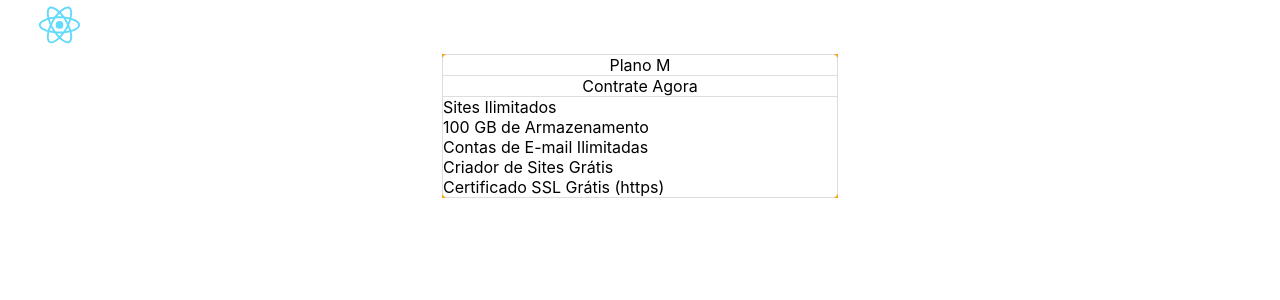
Repository: gatomazi/hostgatorFrontend
Page: /
An editor plug-in stored every save of this project. The page is shown before and after the next save, followed by the edit.
The browser window is 1280 px wide. The pictures show the whole page.
The project was rebuilt for these pictures with package versions that can differ from the ones it lists, and the page was loaded fresh each time.

Above is the page before, as saved 2020-01-24 10:54:34.

After the next save:
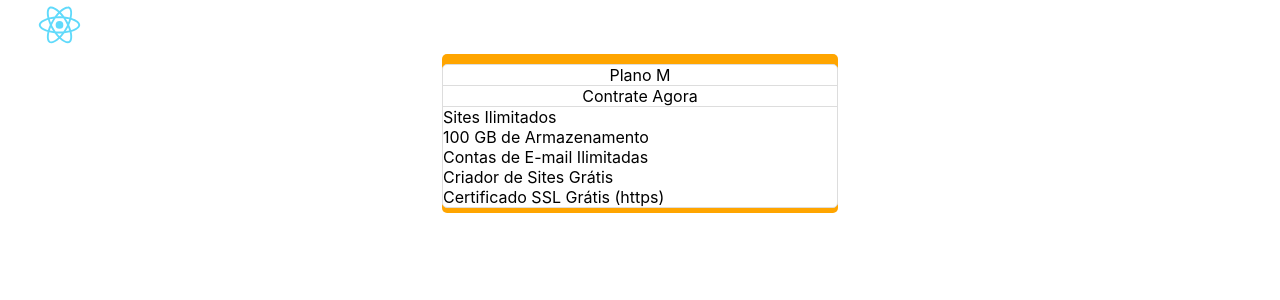
Saved 7 s later.
--- a/src/components/Plano.css
+++ b/src/components/Plano.css
@@ -3,9 +3,9 @@
 }
 .orangePlanBg {
   background-color: orange;
-  padding-bottom: 5;
-  padding-top: 10;
-  border-radius: 5;
+  padding-bottom: 5px;
+  padding-top: 10px;
+  border-radius: 5px;
 }
 .planCard {
   background-color: "#fff";
